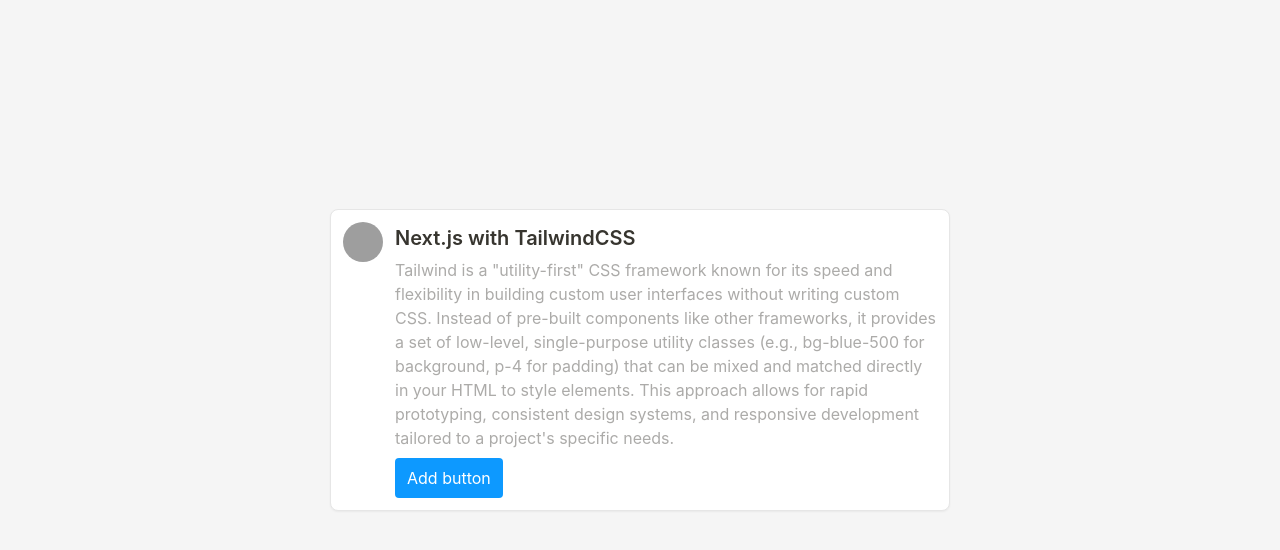
Repository: vignesh33654/resizablesidebar
Page: /
An editor plug-in stored every save of this project. The page is shown before and after the next save, followed by the edit.
The browser window is 1280 px wide. The pictures show the whole page.
The project was rebuilt for these pictures with package versions that can differ from the ones it lists, and the page was loaded fresh each time.

Above is the page before, as saved 2025-11-11 09:54:53.

After the next save:
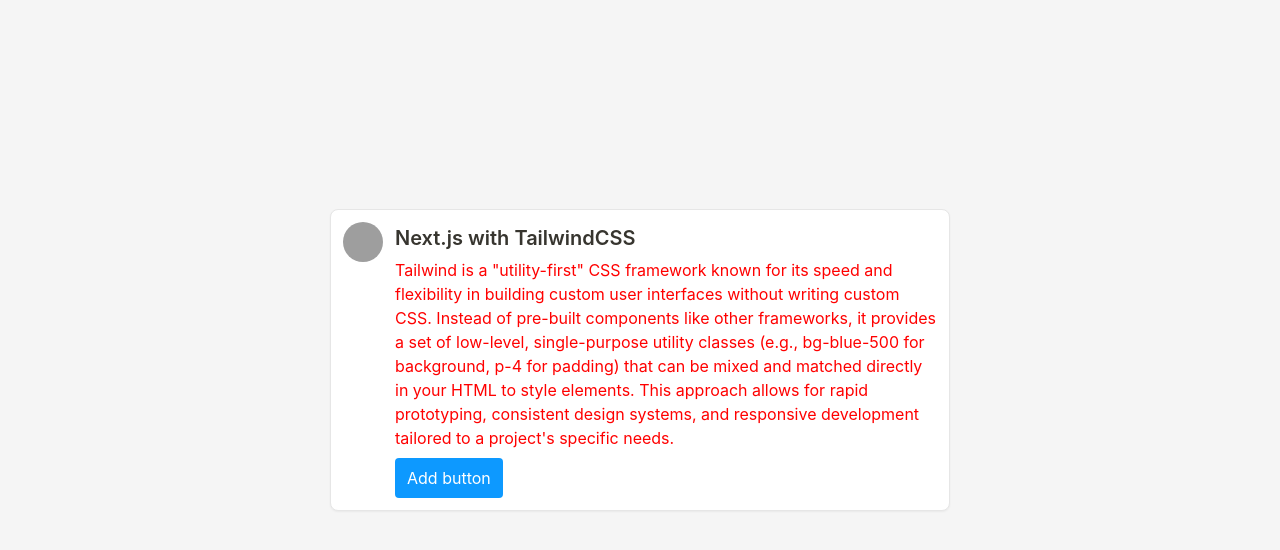
Saved 10 s later.
--- a/src/App.tsx
+++ b/src/App.tsx
@@ -19,7 +19,7 @@
             Next.js with TailwindCSS
           </h3>
 
-          <p className="text-text-Tertiary">
+          <p className="text-text-Secondary">
             Tailwind is a "utility-first" CSS framework known for its speed and flexibility in building custom user interfaces without writing custom CSS. Instead of pre-built components like other frameworks, it provides a set of low-level, single-purpose utility classes (e.g., bg-blue-500 for background, p-4 for padding) that can be mixed and matched directly in your HTML to style elements. This approach allows for rapid prototyping, consistent design systems, and responsive development tailored to a project's specific needs.
           </p>
 

After the save that followed:
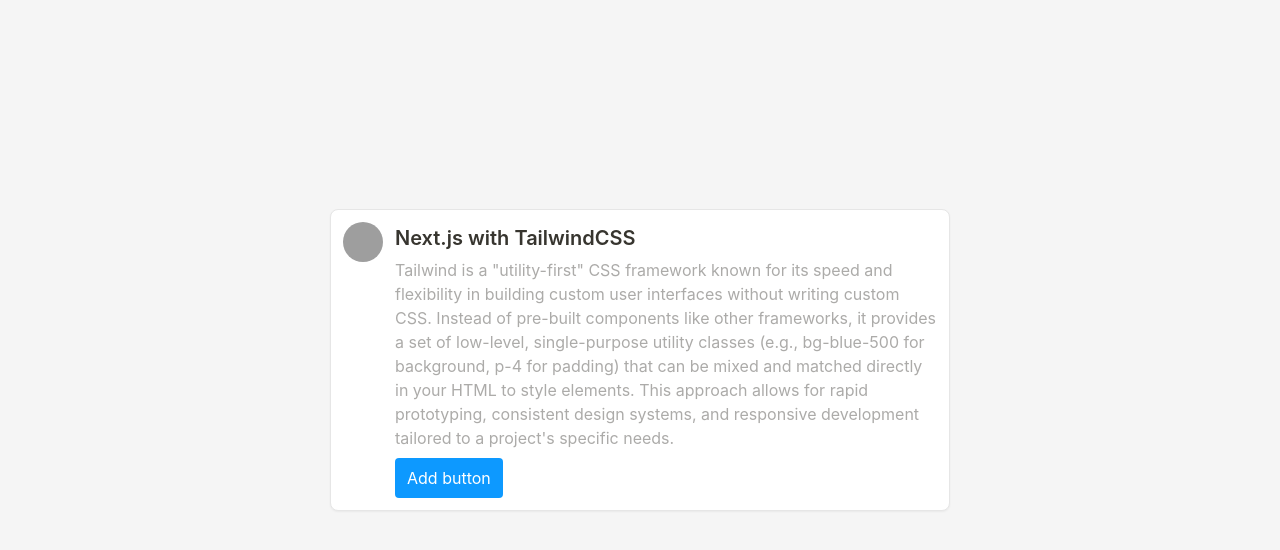
Saved 4 s later.
--- a/src/App.tsx
+++ b/src/App.tsx
@@ -19,7 +19,7 @@
             Next.js with TailwindCSS
           </h3>
 
-          <p className="text-text-Secondary">
+          <p className="text-text-Tertiary">
             Tailwind is a "utility-first" CSS framework known for its speed and flexibility in building custom user interfaces without writing custom CSS. Instead of pre-built components like other frameworks, it provides a set of low-level, single-purpose utility classes (e.g., bg-blue-500 for background, p-4 for padding) that can be mixed and matched directly in your HTML to style elements. This approach allows for rapid prototyping, consistent design systems, and responsive development tailored to a project's specific needs.
           </p>
 
